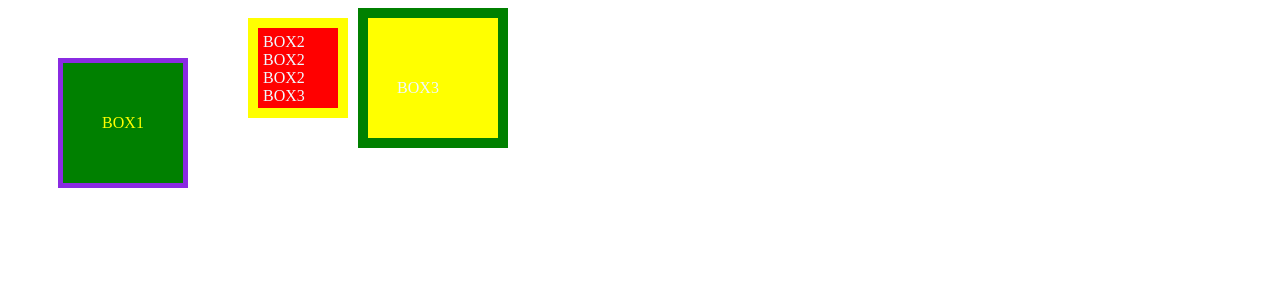
Repository: Ducspdn/WeTheBandF8
Page: html_learn_f8/padding.html
An editor plug-in stored every save of this project. The page is shown before and after the next save, followed by the edit.
The browser window is 1280 px wide. The pictures show the whole page.

Above is the page before, as saved 2023-01-12 20:52:55.

After the next save:
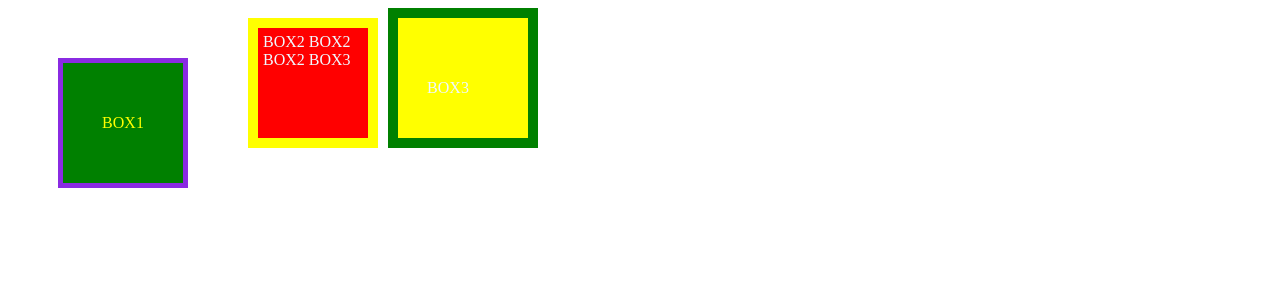
Saved 34 s later.
--- a/html_learn_f8/padding.html
+++ b/html_learn_f8/padding.html
@@ -34,8 +34,9 @@
                 /* css margin : không làm tăng kich thước của element và nó dùng di chuyển element đến vị trí khác */
                 margin : 10px;
                 float: left;
-                box-sizing: border-box;
+                /* box-sizing: border-box; */
                 /* box-sizing : boder-box : công dụng dùng để trả về kich thước ban đầu mong muốn  sau khi bị thay đổi = padding + magrin + boder */
+                box-sizing: content-box;
 
             }
             .box3{
